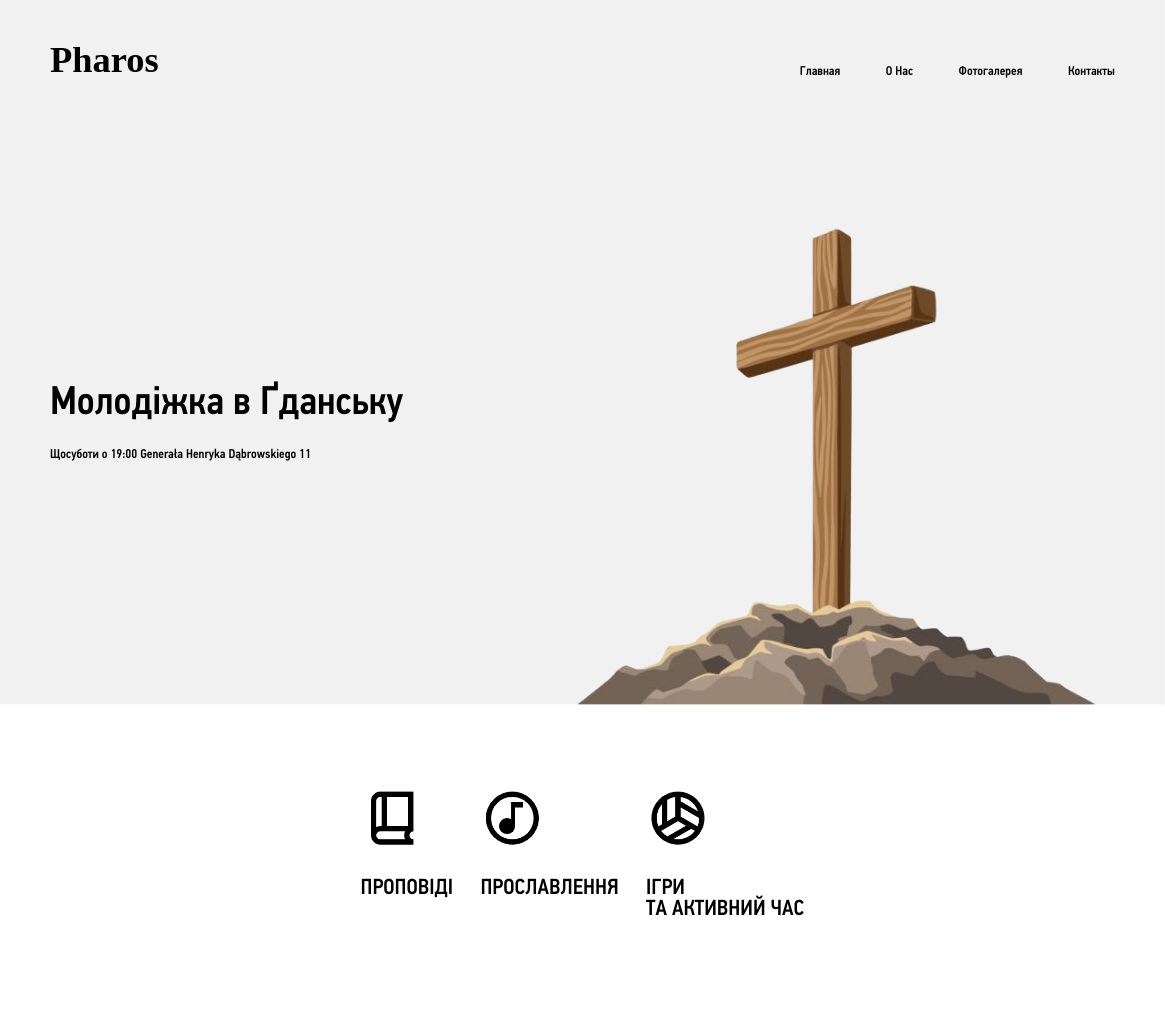
Repository: Bohdan-Sandovenko/youth-project
Page: index.html
These files come from the project's save history. The page is drawn as it stood at one moment and after the next save; the edit follows.
The browser window is 1280 px wide. The pictures show the whole page, at 91% of full size.
Some web fonts or font styles are not loaded; a fallback is used. The style sheet was rebuilt from its Sass, Less or Tailwind sources for each picture, by a compiler version that may differ from the author's.

Above is the page before, as saved 2024-09-21 17:23:23.

### index.html
<!DOCTYPE html>
<html lang="en">
<head>
    <meta charset="UTF-8">
    <meta name="viewport" content="width=device-width, initial-scale=1.0">
    <title>Pharos - Christian youth</title>
    <link rel="stylesheet" href="css/style.css">
    <link rel="stylesheet" href="css/media.css">
</head>
<body>
    <header class="header">
        <div class="container">
            <!--Header nav-->
            <div class="header-nav">
                <a href="#!" class="logo">Pharos</a>
                <nav class="nav">
                    <ul class="nav-list">
                        <li class="nav-item"><a href="" class="nav-link">Главная</a></li>
                        <li class="nav-item"><a href="" class="nav-link">О Нас</a></li>
                        <li class="nav-item"><a href="" class="nav-link">Фотогалерея</a></li>
                        <li class="nav-item"><a href="" class="nav-link">Контакты</a></li>
                    </ul>
                </nav>
            </div>
            <!--header content-->
            <div class="header-row">
                <div class="header-content">
                    <h1 class="header-heading">Молодіжка в Ґданську</h1>
                    <p>Щосуботи о 19:00 Generała Henryka Dąbrowskiego 11</p>
                </div>
                <div class="header-img">
                    <img src="./img/cross-chrisitian.png" alt="">
                </div>
            </div>
        </div>
    </header>
    <section class="services">
        <div class="container">
            <div class="services-row">
                <div class="service-card">
                    <img class='service-card-img'src="./img/icons/bible.png" alt="">
                    <h3 class="service-card-title">Проповіді</h3>
                </div>

                <div class="service-card">
                    <img class='service-card-img' src="./img/icons/sing-song.png" alt="">
                    <h3 class="service-card-title">Прославлення</h3>
                </div>

                <div class="service-card">
                    <img class='service-card-img' src="./img/icons/active-games.png" alt="">
                    <h3 class="service-card-title">Ігри <br>та активний час</h3>
                </div>
            </div>
        </div>
    </section>
    <script src="./js/main.js"></script>
</body>
</html>

### css/style.scss
@import "nullstyles.scss";

@font-face {
    font-family: 'Poppins';
    src: url('../fonts/Poppins/PFDinTextCondPro-Medium.woff2') format('woff2');
    font-weight: 900;
    font-style: bold;
    font-display: swap;
}

@font-face {
    font-family: 'Permanent Marker';
    src: url('../fonts/Permanent/PermanentMarker-Regular.woff2') format('woff2');
    font-weight: normal;
    font-style: normal;
    font-display: swap;
}

body {
    color: black;
    font-family: 'Poppins', sans-serif;

    .header {
        padding: 46px 0px 0px 0px;
        background-color: #F1F1F1;

        .container {
            max-width: 1230px;
            padding: 0 30px;
            margin: 0 auto;

            .header-nav {
                display: flex;
                justify-content: space-between;
                align-items: flex-end;
                margin-bottom: 76px;

                .logo {
                    font-family: 'Permanent Marker';
                    font-weight: 700;
                    font-size: 40px;
                    color: black;
                }

                .nav-list {
                    display: flex;
                    column-gap: 50px; //оступы между элементами
                    font-size: 14px;

                    .nav-item {
                        .nav-link {
                            color: black;

                            &:hover {
                                color: #606060;
                            }
                        }
                    }
                }
            }

            .header-row {
                display: flex;
                justify-content: space-between;
                column-gap: 30px;

                .header-content {
                    max-width: 500px;
                    align-self: center;

                    .header-heading {
                        font-weight: 600;
                        margin-bottom: 20px;
                        font-size: 44px;
                    }

                    p {
                        line-height: 2;
                    }
                }
            }
        }
    }

    //Service
    .services {
        padding: 90px 0px;

        .container {
            display: flex;
            justify-content: center;

            .services-row {
                display: flex;
                column-gap: 30px;

                .service-card {

                    .service-card-img {
                        height: 70px;
                        width: 70px;
                        margin-bottom: 30px;
                    }

                    .service-card-title {
                        font-weight: 600;
                        font-size: 24px;
                        margin-bottom: 10px;
                        text-transform: uppercase;
                    }

                    & p {
                        line-height: 2;
                    }
                }
            }
        }
    }
}

### css/nullstyles.scss
* {
    padding: 0;
    margin: 0;
    border: 0;
}


*,
*:before,
*:after {
    -webkit-box-sizing: border-box;
    -moz-box-sizing: border-box;
    box-sizing: border-box;
}


:focus,
:active {
    outline: none;
}

a:focus,
a:active {
    outline: none;
}


nav,
footer,
header,
aside {
    display: block;
}


html,
body {
    height: 100%;
    width: 100%;
    font-size: 100%;
    line-height: 1;
    font-size: 14px;
    -ms-text-size-adjust: 100%;
    -moz-text-size-adjust: 100%;
    -webkit-text-size-adjust: 100%;
}


input,
button,
textarea {
    font-family: inherit;
}


input::-ms-clear {
    display: none;
}

button {
    cursor: pointer;
}

button::-moz-focus-inner {
    padding: 0;
    border: 0;
}

a,
a:visited {
    text-decoration: none;
}

a:hover {
    text-decoration: none;
}

ul li {
    list-style: none;
}

img {
    vertical-align: top;
}

h1,
h2,
h3,
h4,
h5,
h6 {
    font-size: inherit;
    font-weight: 400;
}

Loaded but not shown: js/main.js (no stored copy; drawn as an empty file); css/media.scss (no stored copy; drawn as an empty file)

After the next save:
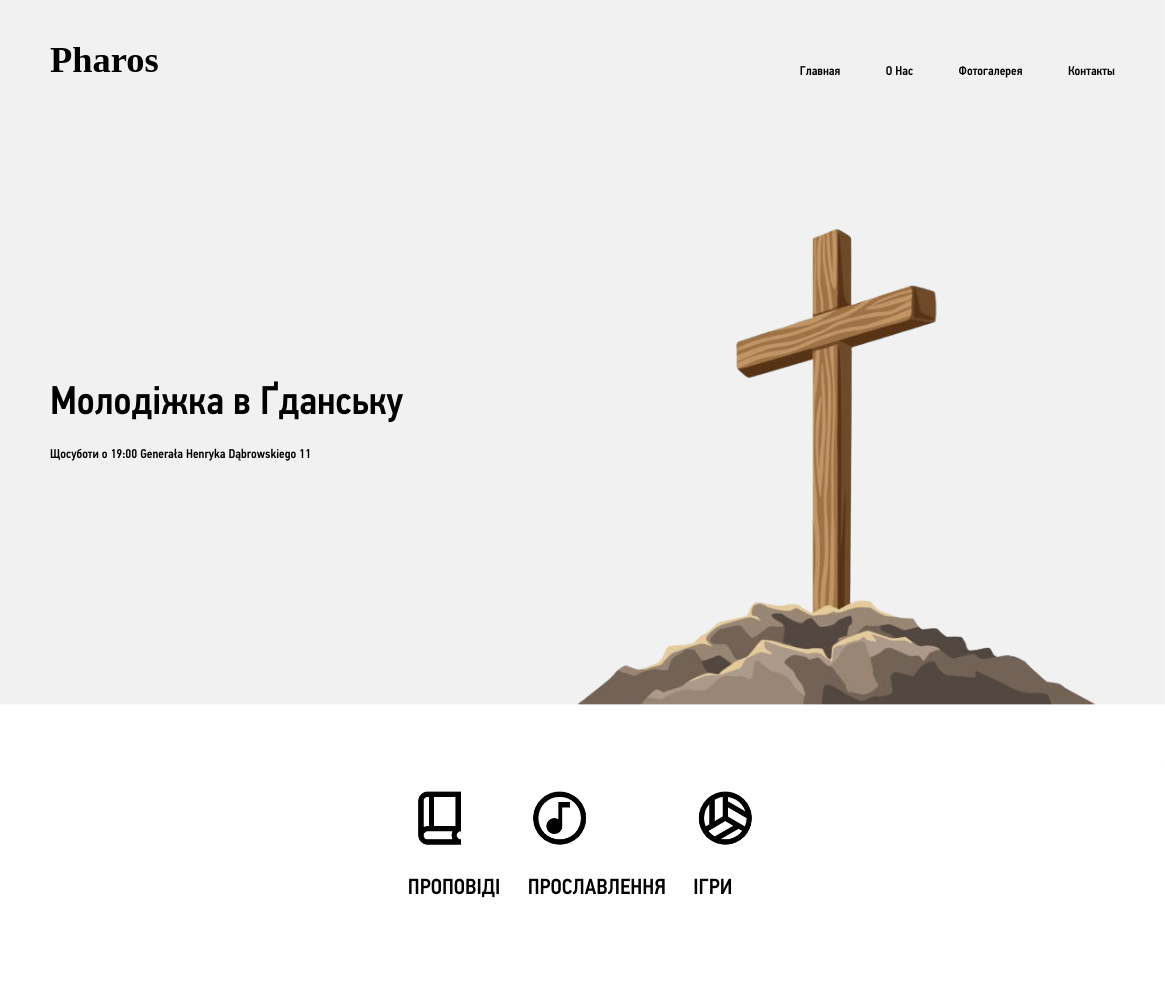
Saved 41 s later.
--- a/index.html
+++ b/index.html
@@ -49,7 +49,7 @@
 
                 <div class="service-card">
                     <img class='service-card-img' src="./img/icons/active-games.png" alt="">
-                    <h3 class="service-card-title">Ігри <br>та активний час</h3>
+                    <h3 class="service-card-title">Ігри</h3>
                 </div>
             </div>
         </div>
